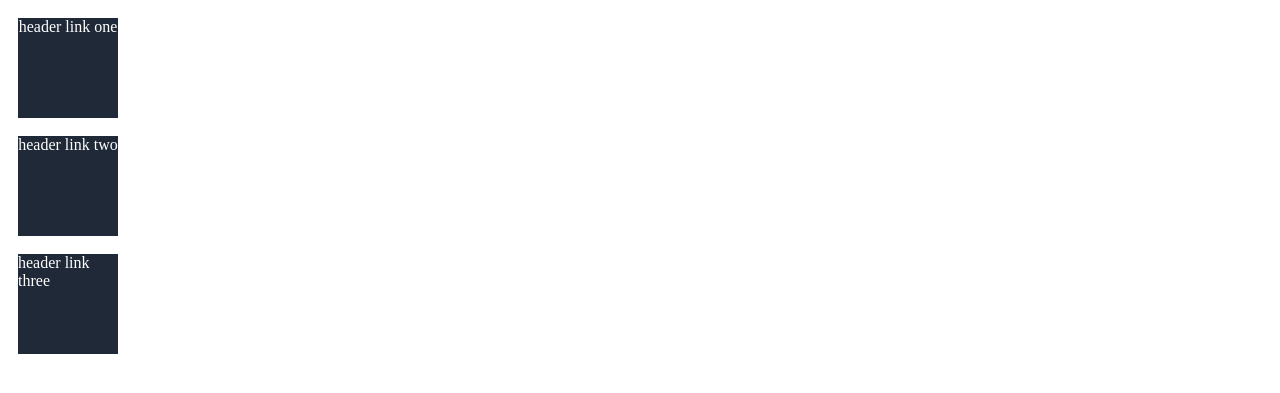
Repository: Grace561/css-exercises
Page: index.html
An editor plug-in stored every save of this project. The page is shown before and after the next save, followed by the edit.
The browser window is 1280 px wide. The pictures show the whole page.

Above is the page before, as saved 2025-04-14 14:02:05.

After the next save:
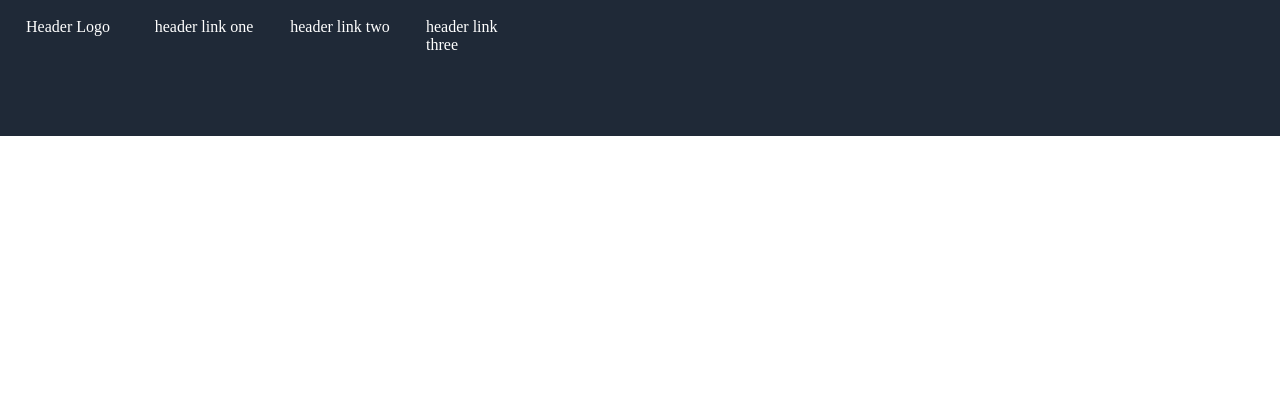
Saved 19 s later.
--- a/index.html
+++ b/index.html
@@ -7,12 +7,11 @@
     <title>Landing-Page</title>
 </head>
 <body>
-    <div class="header">
-    <div class="left">
-    <div class="logo>
-        Header logo
+    <div class="Header">
+    <div class="Header Logo">
     </div>
     <div class="flex-container">
+        <div class="item">Header Logo</div>
         <div class="item">header link one</div>
         <div class="item">header link two</div>
         <div class="item">header link three</div>
